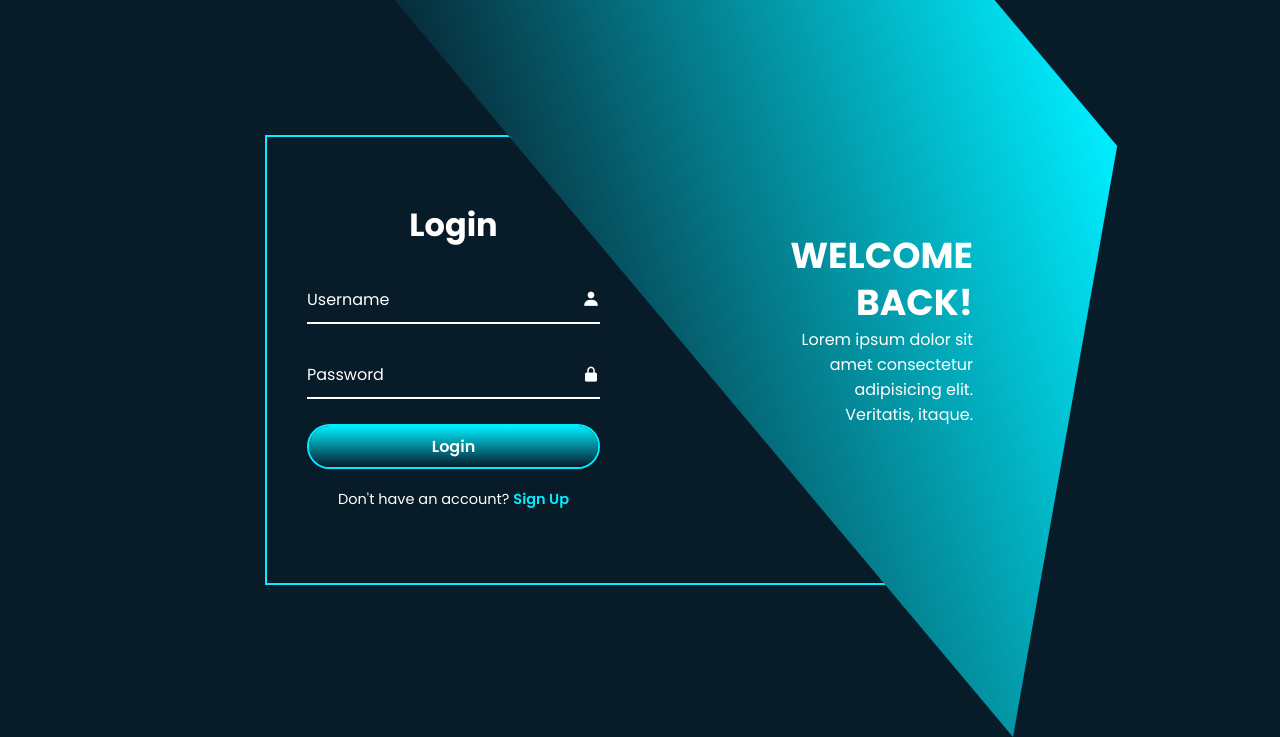
Repository: swastikjhacoder/Login-Registration-HTML
Page: index.html
An editor plug-in stored every save of this project. The page is shown before and after the next save, followed by the edit.
The browser window is 1280 px wide. The pictures show the whole page.

Above is the page before, as saved 2023-09-18 15:44:03.
Not found: js/toastify.js

### index.html
<!DOCTYPE html>
<html lang="en">
  <head>
    <meta charset="UTF-8" />
    <meta http-equiv="X-UA-Compatible" content="IE=edge" />
    <meta name="viewport" content="width=device-width, initial-scale=1.0" />
    <title>Login</title>
    <link rel="shortcut icon" href="./images/favicon.png" />
    <link rel="stylesheet" href="style.css" />
    <link href='https://unpkg.com/boxicons@2.1.4/css/boxicons.min.css' rel='stylesheet'>
    <script src="./js/toastify.js"></script>
  </head>
  <body>
    <div class="wrapper">
        <span class="bg-animate"></span>
        <div class="form-box login">
            <h2>Login</h2>
            <form action="#">
                <div class="input-box">
                    <input type="text" required/>
                    <label>Username</label>
                    <i class='bx bxs-user'></i>
                </div>
                <div class="input-box">
                    <input type="password" required/>
                    <label>Password</label>
                    <i class='bx bxs-lock-alt' ></i>
                </div>
                <button type="submit" class="btn">Login</button>
                <div class="logreg-link">
                    <p>Don't have an account? <a href="#" class="register-link">Sign Up</a></p>
                </div>
            </form>
        </div>
        <div class="info-text login">
            <h2>Welcome Back!</h2>
            <p>Lorem ipsum dolor sit amet consectetur adipisicing elit. Veritatis, itaque.</p>
        </div>
    </div>

  </body>
</html>

### style.css
@import url('https://fonts.googleapis.com/css2?family=Poppins:ital,wght@0,100;0,200;0,300;0,400;0,500;0,600;0,700;0,800;0,900;1,400&display=swap');

* {
    margin: 0;
    padding: 0;
    box-sizing: border-box;
    font-family: 'Poppins', sans-serif;
}

body {
    display: flex;
    justify-content: center;
    align-items: center;
    min-height: 100vh;
    background: #081b29;
}

.wrapper {
    position: relative;
    width: 750px;
    height: 450px;
    background: transparent;
    border: 2px solid #0ef;
}

.wrapper .form-box {
    position: absolute;
    top: 0;
    width: 50%;
    height: 100%;
    display: flex;
    flex-direction: column;
    justify-content: center;
}

.wrapper .form-box.login {
    left: 0;
    padding: 0 40px;
}

.form-box h2 {
    font-size: 32px;
    color: #fff;
    text-align: center;
}

.form-box .input-box {
    position: relative;
    width: 100%;
    height: 50px;
    margin: 25px 0;
}

.input-box input {
    width: 100%;
    height: 100%;
    background: transparent;
    border: none;
    outline: none;
    border-bottom: 2px solid #fff;
    padding-right: 23px;
    font-size: 16px;
    color: #fff;
    font-weight: 500;
    transition: .5s;
}

.input-box input:focus,
.input-box input:valid {
    border-bottom-color: #0ef;
}

.input-box label {
    position: absolute;
    top: 50%;
    left: 0;
    transform: translateY(-50%);
    font-size: 16px;
    color: #fff;
    pointer-events: none;
    transition: .5s;
}

.input-box input:focus~label,
.input-box input:valid~label {
    top: -5px;
    color: #0ef
}

.input-box i {
    position: absolute;
    top: 50%;
    right: 0;
    transform: translateY(-50%);
    font-size: 18px;
    color: #fff;
    transition: .5s;
}

.input-box input:focus~i,
.input-box input:valid~i {
    color: #0ef
}

.btn {
    position: relative;
    width: 100%;
    height: 45px;
    background: transparent;
    border: 2px solid #0ef;
    outline: none;
    border-radius: 40px;
    cursor: pointer;
    font-size: 16px;
    color: #fff;
    font-weight: 600;
    z-index: 1;
    overflow: hidden;
}

.btn::before {
    content: '';
    position: absolute;
    top: -100%;
    left: 0;
    width: 100%;
    height: 300%;
    background: linear-gradient(#081b29, #0ef, #081b29, #0ef);
    z-index: -1;
    transition: .5s;
}

.btn:hover::before {
    top: 0;
}

.form-box .logreg-link {
    font-size: 14.5px;
    color: #fff;
    text-align: center;
    margin: 20px 0 10px;
}

.logreg-link p a {
    color: #0ef;
    text-decoration: none;
    font-weight: 600;
}

.logreg-link p a:hover {
    text-decoration: underline;
}

.wrapper .info-text {
    position: absolute;
    top: 0;
    width: 50%;
    height: 100%;
    display: flex;
    flex-direction: column;
    justify-content: center;
}

.wrapper .info-text.login {
    right: 0;
    text-align: right;
    padding: 0 40px 60px 150px;
}

.info-text h2 {
    font-size: 36px;
    color: #fff;
    line-height: 1.3;
    text-transform: uppercase;
}

.info-text p {
    font-size: 16px;
    color: #fff;
}

.wrapper .bg-animate {
    position: absolute;
    top: 0;
    right: 0;
    width: 850px;
    height: 600px;
    background: linear-gradient(45deg, #081b29, #0ef);
    border-bottom: 3px solid #;
    transform: rotate(10deg) skewY(40deg);
    transform-origin: bottom right;
}

After the next save:
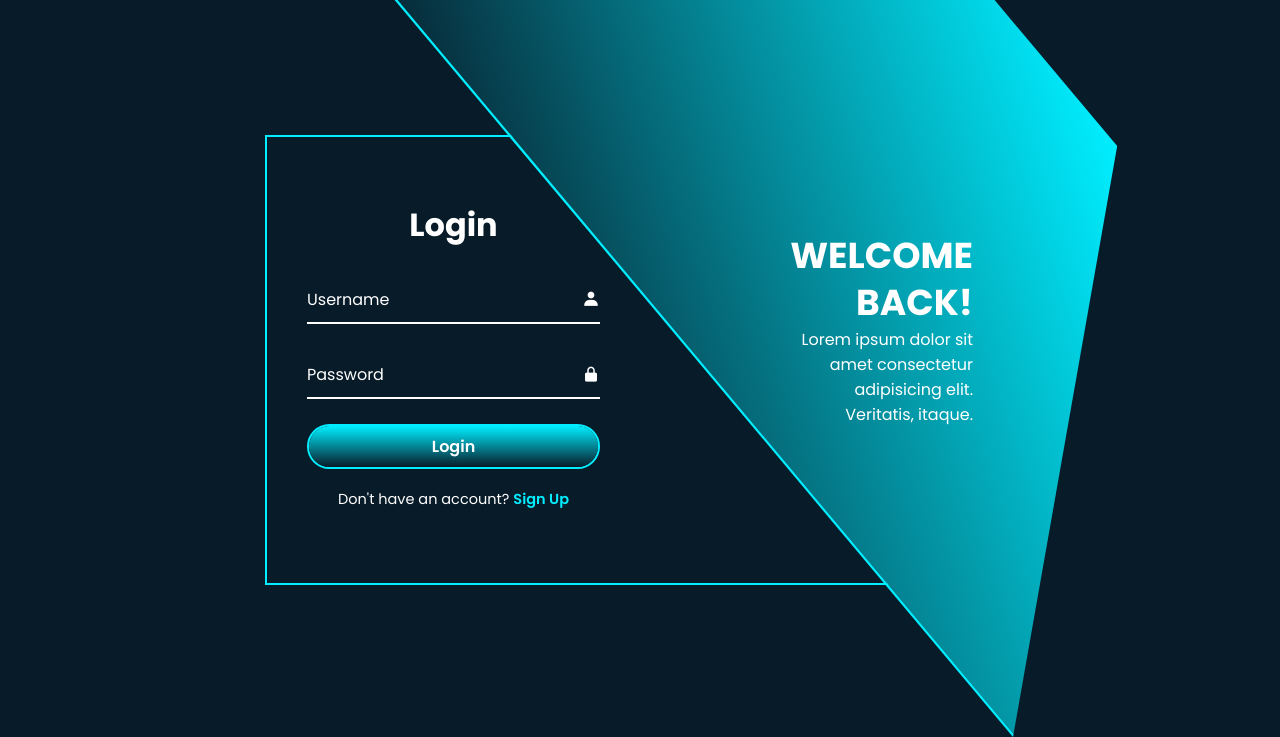
Saved 1 s later.
--- a/style.css
+++ b/style.css
@@ -186,7 +186,7 @@ body {
     width: 850px;
     height: 600px;
     background: linear-gradient(45deg, #081b29, #0ef);
-    border-bottom: 3px solid #;
+    border-bottom: 3px solid #0ef;
     transform: rotate(10deg) skewY(40deg);
     transform-origin: bottom right;
 }
